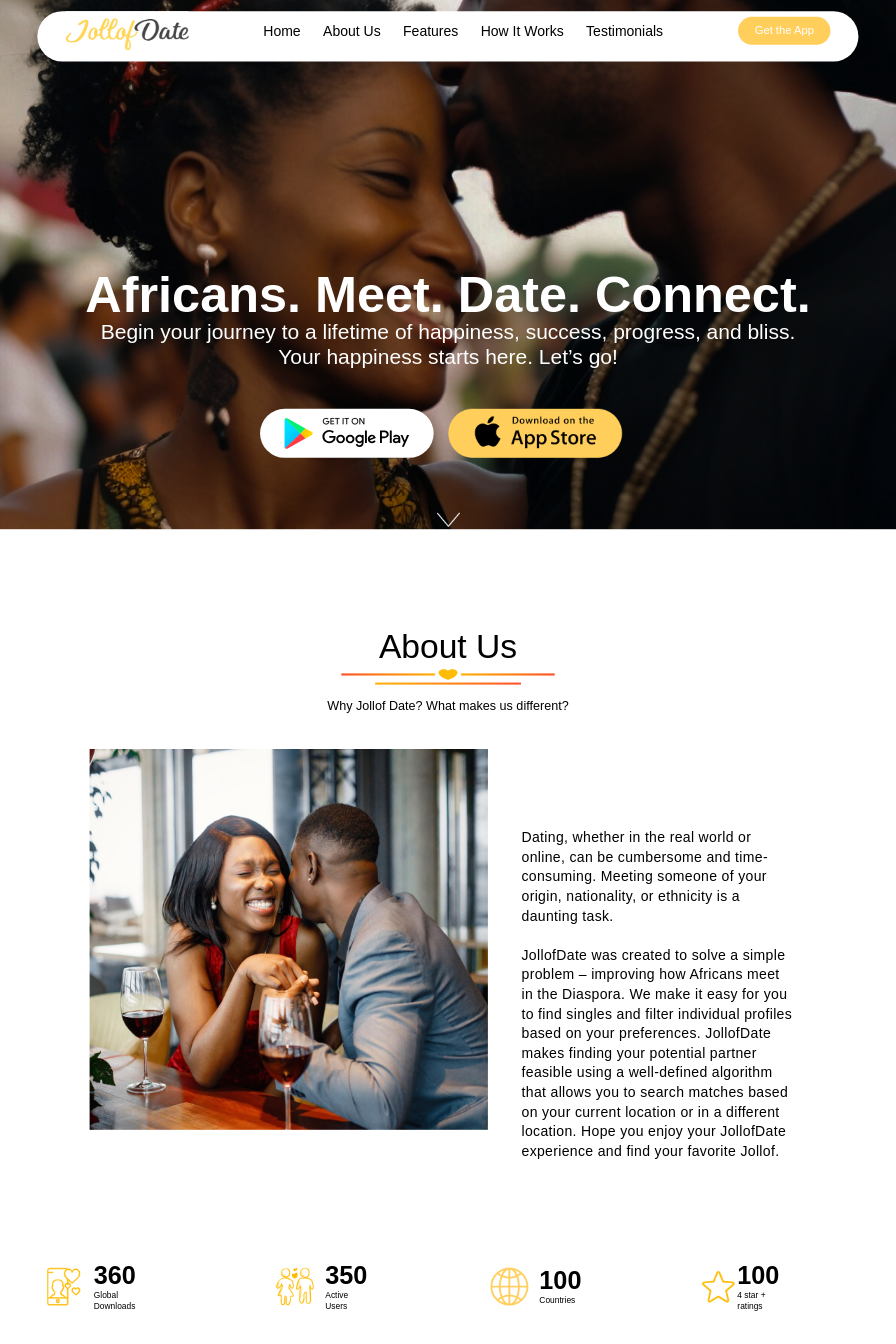
Repository: FarhanNasiru/jollofdate-frontend
Page: /
An editor plug-in stored every save of this project. The page is shown before and after the next save, followed by the edit.
The browser window is 1280 px wide. The pictures show the part of the page from y = 0 to 1920 px (the page is 7228 px tall before and 7276 px after), at 70% of full size.
Some web fonts or font styles are not loaded; a fallback is used. The project was rebuilt for these pictures with package versions that can differ from the ones it lists, and the page was loaded fresh each time. Also part of the build but not shown: vite.config.js, src/Pages/Footer2.jsx, src/components/Header2.jsx, src/Pages/privacy.jsx, src/Pages/Term.jsx.

Above is the page before, as saved 2024-08-20 17:47:17.

### index.html
<!doctype html>
<html lang="en">
  <head>
    <meta charset="UTF-8" />
    <link rel="icon" type="image/svg+xml" href="/vite.svg" />
    <meta name="viewport" content="width=device-width, initial-scale=1.0" />
    <title>Jellof Date</title>
  </head>
  <body>
    <div id="root"></div>
    <script type="module" src="/src/main.jsx"></script>
  </body>
</html>

### src/App.jsx
import { BrowserRouter as Router, Route, Routes } from "react-router-dom";
import Home from "./Pages/Home";
import Privacy from "./Pages/privacy";
import Terms from "./Pages/Term";
import "./index.css";
const App = () => {
  return (
    <Router>
      <main>
        <Routes>
          <Route path="/" element={<Home />} />
          <Route path="/privacy" element={<Privacy />} />
          <Route path="/terms" element={<Terms />} />
        </Routes>
      </main>
    </Router>
  );
};

export default App;

### src/index.css
@import url('https://fonts.cdnfonts.com/css/hvdtrial-brandon-grotesque');
@import url('https://fonts.googleapis.com/css2?family=Almendra:ital,wght@0,400;0,700;1,400;1,700&display=swap');
@import "slick-carousel/slick/slick.css";
@import "slick-carousel/slick/slick-theme.css";

@tailwind base;
@tailwind components;
@tailwind utilities;

### src/Pages/Home.jsx
import Faq from "../components/Faq";
import Testimonials from "../components/Testimonials";
import Community from "../components/Community";
import How from "../components/Howitworks";
import Features from "../components/Features";
import About from "../components/Aboutus";
import Download from "../components/Download";
import Footer from "../components/Footer";
import Header from "../components/Header";

function Home() {
  return (
    <main className=" bg-white justify-center font-HvDTrial max-w-screen-2xl m-auto">
      <Header />
      <section
        id="home"
        className=" justify-center bg-center bg-no-repeat items-center max-h-max w-full lg:pt-96 bg-[url('/Images/Home-bg.png')] "
      >
        <div>
          <h1 className="  text-wrap text-white text-7xl md:text-7xl  font-medium md:font-semibold text-center h-auto">
            Africans. Meet. Date. Connect.{" "}
          </h1>
          <p className=" text-2xl px-6 text-center text-white font-normal md:text-3xl">
            Begin your journey to a lifetime of happiness, success, progress,
            and bliss.
            <br /> Your happiness starts here. Let’s go!
          </p>
        </div>
        <div className=" flex justify-center pt-12 flex-wrap pb-16">
          <a
            href="#"
            className="bg-transparent text-black px-1 py-1 rounded flex items-center"
          >
            <img
              src="/Images/Googleplay-whitesvg.svg"
              alt="Google Play"
              className="w-full h-full img-center"
            />
          </a>
          <a
            href="#"
            className="bg-transparent text-black px-4 py-2 rounded flex items-center"
          >
            <img
              src="/Images/Applestore-white.png"
              alt="App Store"
              className="w-full h-full mr-2"
            />
          </a>
        </div>
        <div className=" justify-center ">
          <a href="#footer">
            <img
              src="/Images/Home-arrow.png"
              alt=""
              className=" sm:hidden md:flex lg:flex xl:flex justify-center m-auto md:mb-14"
            />
          </a>
        </div>
      </section>
      <About />
      <Features />
      <How />
      <Testimonials />
      <Community />
      <Faq />
      <Download />
      <Footer />
    </main>
  );
}

export default Home;

### src/components/Faq.jsx
import { useState } from "react";

function Faq() {
  const [openIndexes, setOpenIndexes] = useState([]);

  const toggleDropdown = (index) => {
    if (openIndexes.includes(index)) {
      setOpenIndexes(openIndexes.filter((i) => i !== index));
    } else {
      setOpenIndexes([...openIndexes, index]);
    }
  };

  const faqItems = [
    "How can I create my profile on the app?",
    "How can I create my profile on the app?",
    "How can I create my profile on the app?",
    "How can I create my profile on the app?",
    "How can I create my profile on the app?",
    "How can I create my profile on the app?",
  ];

  return (
    <section
      id="frequently-asked-questions"
      className="pb-14 sm:px-9 max-w-screen-2xl justify-center m-auto"
    >
      <div className="sm:pb-20 md:pb-12">
        <h2 className="text-5xl font-normal text-center pt-5">
          Frequently Asked Questions
        </h2>
        <div className="flex justify-center py-4">
          <img src="/Images/love-logo.png" alt="" className=" md:w-auto" />
        </div>
        <h3 className="text-center text-lg">
          You have questions? Check here for answers
        </h3>
      </div>
      <div className="text-left sm:text-wrap px-4">
        {faqItems.map((item, index) => (
          <div key={index} className=" mx-auto mt-3">
            <div
              className={`flex pt-7 pl-16 pr-12 pb-6 justify-between cursor-pointer ${
                openIndexes.includes(index)
                  ? "bg-customYellow1 font-bold text-black text-xl rounded-t-md"
                  : "bg-bright text-black text-lg border-solid border rounded-lg border-customYellow1"
              }`}
              onClick={() => toggleDropdown(index)}
            >
              <p className="text-xl font-medium">{item}</p>
              {openIndexes.includes(index) ? (
                <div className="h-6 w-6">
                  <img src="/Images/add.svg" alt="" />
                </div>
              ) : (
                <div className="h-6 w-6">
                  <img src="/Images/add2.svg" alt="" className="bg-white" />
                </div>
              )}
            </div>
            {openIndexes.includes(index) && (
              <div className="p-4 bg-customYellow1 rounded-b-md shadow pt-7 pl-16 pr-12 pb-8">
                <p className=" xl:w-custom3text-xl md:text-wrap sm:text-balance">
                  Begin your journey to a lifetime of happiness, success,
                  progress and bliss. Begin your journey to a lifetime of
                  happiness, success, progress and bliss. Begin your journey to
                  a lifetime of happiness, success, progress and bliss. Begin
                  your journey to a lifetime of happiness, success, progress and
                  bliss. Begin your journey to a lifetime of happiness, success,
                  progress and bliss. Begin your journey to a lifetime of
                  happiness, success, progress and bliss. Begin your journey to
                  a lifetime of happiness, success, progress and bliss.
                </p>
              </div>
            )}
          </div>
        ))}
      </div>
    </section>
  );
}

export default Faq;

### src/components/Testimonials.jsx
import { Carousel } from "antd";

function Testimonials() {
  const contentStyle = {
    height: "auto",
    color: "#fff",
    lineHeight: "40px",
    textAlign: "center",
    background: "transparent",
  };

  const testimonials = [
    {
      quote:
        "“Other dating apps were like shooting fish in a barrel. But my girlfriend and I clicked right away on Jollofdate, and the conversation was effortless. We’ve been together for over a year.”",
      name: "Caitlyn King",
    },
    {
      quote:
        "“Other dating apps were like shooting fish in a barrel. But my girlfriend and I clicked right away on Jollofdate, and the conversation was effortless. We’ve been together for over a year.”",
      name: "Crystabel lyn",
    },
    {
      quote:
        "“Other dating apps were like shooting fish in a barrel. But my girlfriend and I clicked right away on Jollofdate, and the conversation was effortless. We’ve been together for over a year.”",
      name: "David Johnson",
    },
    {
      quote:
        "“Other dating apps were like shooting fish in a barrel. But my girlfriend and I clicked right away on Jollofdate, and the conversation was effortless. We’ve been together for over a year.”",
      name: "King Micheal",
    },
  ];

  return (
    <section id="testimonials" className="p-8 pt-24 ">
      <div>
        <h2 className="text-5xl font-normal text-center p-2">Testimonials</h2>
        <div className="flex justify-center pb-5 md:pb-6">
          <img src="/Images/love-logo.png" alt="Love Logo" />
        </div>
        <h3 className="text-center text-lg">
          Read what our existing users have to say
        </h3>
      </div>
      <div className="text-center pt-9 pb-16 text-black max-w-7xl justify-center m-auto">
        <Carousel autoplay>
          {testimonials.map((testimonial, index) => (
            <div key={index}>
              <div style={contentStyle}>
                <h1 className="text-black text-center m-auto font-normal text-2xl text-wrap">
                  {testimonial.quote}
                </h1>
                <div className="flex justify-center py-3">
                  {[...Array(5)].map((_, i) => (
                    <img
                      key={i}
                      src="/Images/Star.svg"
                      alt="Star"
                      className="mx-1"
                    />
                  ))}
                </div>
                <p className="text-center text-black text-lg pb-8">
                  {testimonial.name}
                </p>
              </div>
            </div>
          ))}
        </Carousel>
      </div>
    </section>
  );
}

export default Testimonials;

### src/components/Community.jsx
function Community() {
  return (
    <div>
      <section
        id="Community"
        className="bg-custom-radial flex flex-col items-center justify-center mb-28 px-6 pt-16 max-w-screen-2xl m-auto"
      >
        <div className="space-y-8 text-center text-black">
          <div>
            <h1 className="text-3xl sm:text-4xl md:text-5xl font-bold">
              Join the
            </h1>
            <h2 className="text-3xl sm:text-4xl md:text-5xl font-bold">
              Jollof Date Community
            </h2>
          </div>
          <div className="w-full sm:w-4/5 md:w-3/5 lg:w-custom9 mx-auto">
            <h3 className="text-sm sm:text-base font-normal">
              Download the app from your store and begin your journey to a
              lifetime of happiness, success, progress, and bliss.
            </h3>
          </div>
          <div className="flex flex-col md:flex-row justify-center items-center m-auto gap-3">
            <a href="" className="w-32 md:w-40">
              <img
                src="/Images/Applestore-dark.png"
                alt="Download on the App Store"
                className="m-auto"
              />
            </a>
            <a href="" className="w-32 md:w-40">
              <img
                src="/Images/Googleplay-Dark.png"
                alt="Get it on Google Play"
                className="m-auto"
              />
            </a>
          </div>
        </div>
        <div className="flex justify-center mt-8">
          <img
            src="/Images/threephones.png"
            alt="Three phones showing the app"
            className="w-full sm:w-4/5 md:w-3/5 lg:w-auto"
          />
        </div>
      </section>
    </div>
  );
}

export default Community;

### src/components/Howitworks.jsx
function Howitworks() {
  return (
    <div>
      <section
        id="how-it-works"
        className="pt-16 md:pt-72 pb-10 max-w-screen-2xl justify-center m-auto"
      >
        <h2 className="text-5xl font-normal text-center mt-24 md:mt-44 p-2">
          How it works
        </h2>
        <div className="flex justify-center pb-4 md:pb-2">
          <img src="/Images/love-logo.png" alt="" className=" md:w-auto" />
        </div>
        <h3 className="text-center text-lg pb-4 md:pb-6">
          A step-by-step guide on how to get started on Jollof Date
        </h3>
        <div className="flex flex-col xl:flex-row p-4 md:p-8 space-y-8 md:space-y-0">
          <div id="picture" className="flex justify-center   space-x-3 ">
            <img
              src="/Images/f-and-j-frame.png"
              alt=""
              className="w-full md:w-auto"
            />
          </div>
          <div className="icon space-y-8 md:space-y-11 md:ml-11">
            <div className="flex gap-4 md:gap-6">
              <img
                src="/Images/sign up.png"
                alt=""
                className="w-12 h-12 md:w-16 md:h-16"
              />
              <div>
                <h1 className="font-bold text-xl md:text-2xl">Sign Up</h1>
                <h2 className="font-normal text-sm md:text-xl">
                  Begin your journey to a lifetime of happiness, success,
                  progress, and bliss.
                </h2>
              </div>
            </div>
            <div className="flex gap-4 md:gap-6">
              <img
                src="/Images/create.png"
                alt=""
                className="w-12 h-12 md:w-16 md:h-16"
              />
              <div>
                <h1 className="font-bold text-xl md:text-2xl">
                  Create Profile and Add Preferences
                </h1>
                <h2 className="font-normal text-sm md:text-xl">
                  Share your interests, hobbies, and a bit about yourself to
                  help us find your perfect match.
                </h2>
              </div>
            </div>
            <div className="flex gap-4 md:gap-6">
              <img
                src="/Images/browse.png"
                alt=""
                className="w-12 h-12 md:w-16 md:h-16"
              />
              <div>
                <h1 className="font-bold text-xl md:text-2xl">
                  Browse and Match
                </h1>
                <h2 className="font-normal text-sm md:text-xl">
                  Use our advanced filters to find people who share your
                  interests and values. Start connecting today.
                </h2>
              </div>
            </div>
            <div className="flex gap-4 md:gap-6">
              <img
                src="/Images/chat.png"
                alt=""
                className="w-12 h-12 md:w-16 md:h-16"
              />
              <div>
                <h1 className="font-bold text-xl md:text-2xl">Chat and Call</h1>
                <h2 className="font-normal text-sm md:text-xl">
                  Get to know your matches better and build connections in a
                  safe and private environment.
                </h2>
              </div>
            </div>
          </div>
        </div>
      </section>
    </div>
  );
}

export default Howitworks;

### src/components/Features.jsx
function Features() {
  return (
    <div>
      <section
        id="features"
        className=" md:p-8 pt-16 md:pt-24 mb-20 md:mb-40 bg-featuresY h-full w-full md:h-custom16 max-w-screen-2xl justify-center m-auto"
      >
        <div className="">
          <div className="flex flex-col md:flex-row justify-between m-auto px-4 md:px-8 space-y-4 md:space-y-0">
            <h3 className="text-3xl md:text-5xl font-bold w-full md:w-96 h-auto md:h-36 text-white">
              Key features of Jollof Date
            </h3>
            <h2 className="text-xl w-full md:w-custom4 font-normal text-white">
              Discover what sets Jollofdate apart with advanced matching
              algorithms, robust privacy controls, and user-friendly features
              designed to create meaningful connections and enhance your online
              dating experience.
            </h2>
          </div>
          <div className="flex flex-col md:flex-row h-full space-y-4 md:space-y-0 md:space-x-9 pl-0 md:pl-8 pr-0 md:pr-8 mt-8 w-full">
            <div className="bg-white text-center border rounded-3xl">
              <img
                src="/Images/phone1.png"
                alt=""
                className="w-full md:w-auto"
              />
            </div>
            <div className="bg-white text-center border rounded-3xl">
              <a href="">
                <img src="/Images/Phone2.png" alt="" className="w-full" />
              </a>
            </div>
            <div className="bg-white text-center border rounded-3xl">
              <a href="">
                <img src="/Images/Phone3.png" alt="" className="w-full" />
              </a>
            </div>
          </div>
        </div>
      </section>
    </div>
  );
}

export default Features;

### src/components/Aboutus.jsx
function Aboutus() {
  return (
    <div>
      <section
        id="about-us"
        className="pt-16 md:pt-20 max-w-screen-2xl m-auto justify-center"
      >
        <div className="px-4 md:px-24">
          <h2 className="text-5xl font-normal text-center p-2">About Us</h2>
          <div className="flex justify-center pb-4">
            <img src="/Images/love-logo.png" alt="" className="md:14" />
          </div>
          <h3 className="text-center text-lg font-normal pb-8 md:pb-12">
            Why Jollof Date? What makes us different?
          </h3>
          <div className="flex flex-col xl:flex-row gap-4 lg:gap-8 px-2 lg:px-8 pb-16 lg:pb-32 justify-center">
            <img
              src="/Images/Lovers.png"
              alt=""
              className="max-w-xl max-h-3px"
            />
            <div className="tracking-wide bg-white p-4 md:pt-28 font-normal text-base md:text-xl">
              <p>
                Dating, whether in the real world or online, can be cumbersome
                and time-consuming. Meeting someone of your origin, nationality,
                or ethnicity is a daunting task.
              </p>
              <br />
              <p>
                JollofDate was created to solve a simple problem – improving how
                Africans meet in the Diaspora. We make it easy for you to find
                singles and filter individual profiles based on your
                preferences. JollofDate makes finding your potential partner
                feasible using a well-defined algorithm that allows you to
                search matches based on your current location or in a different
                location. Hope you enjoy your JollofDate experience and find
                your favorite Jollof.
              </p>
            </div>
          </div>
        </div>
        <div className="flex flex-col md:flex-row justify-center items-center space-y-12 md:space-y-0 md:space-x-20 lg:space-x-48 px-16 pb-14 w-11/12">
          <div className="flex items-center">
            <img src="/Images/person.png" alt="Person Icon" className="mr-4" />
            <div className="text-center md:text-left">
              <h1 className="font-bold text-4xl">360</h1>
              <h2 className="text-xs font-medium">Global Downloads</h2>
            </div>
          </div>

          <div className="flex items-center">
            <img src="/Images/people.png" alt="People Icon" className="mr-4" />
            <div className="text-center md:text-left">
              <h1 className="font-bold text-4xl">350</h1>
              <h2 className="text-xs font-medium">Active Users</h2>
            </div>
          </div>

          <div className="flex items-center">
            <img src="/Images/world-o.png" alt="World Icon" className="mr-4" />
            <div className="text-center md:text-left">
              <h1 className="font-bold text-4xl">100</h1>
              <h2 className="text-xs font-medium">Countries</h2>
            </div>
          </div>

          <div className="flex items-center">
            <img src="/Images/Star2.png" alt="Star Icon" className="" />
            <div className="text-center md:text-left">
              <h1 className="font-bold text-4xl">100</h1>
              <h2 className="text-xs font-medium">4 star + ratings</h2>
            </div>
          </div>
        </div>
      </section>
    </div>
  );
}

export default Aboutus;

### src/components/Download.jsx
function Download() {
  return (
    <section
      id="last"
      className=" mt-20 w-full justify-center bg-customYellow1 md:w-3/4 xl:w-4/5 md:h-full pb-9 m-auto pt-9 p-11 border-0 rounded-2xl -mb-[100px] relative max-w-7xl"
    >
      <div className="">
        <div>
          <h1 className="text-center font-normal text-xl pb-3 pl-3 pr-3">
            Your one stop spot for the right relationship
          </h1>
        </div>
        <h3 className="text-center font-bold text-4xl pb-3 lg:">
          Download Jollofdate Now
        </h3>
        <h2 className=" flex text-center justify-center m-auto font-normal xl:w-80 pb-8">
          Begin your journey to a lifetime of happiness, success, progress and
          bliss.
        </h2>
        <div className="text-center md:flex flex-wrap justify-center gap-4 m-auto space-y-7 md:space-y-0 ">
          <img
            src="/Images/Applestore-dark.png"
            alt=""
            className="m-auto md:m-0"
          />
          <img
            src="/Images/Googleplay-Dark.png"
            alt=""
            className="m-auto md:m-0"
          />
        </div>
      </div>
    </section>
  );
}

export default Download;

Loaded but not shown: src/main.jsx (common file); tailwind.config.js (58 lines, source omitted); src/components/Header.jsx (148 lines, source omitted); src/components/Footer.jsx (109 lines, source omitted)

After the next save:
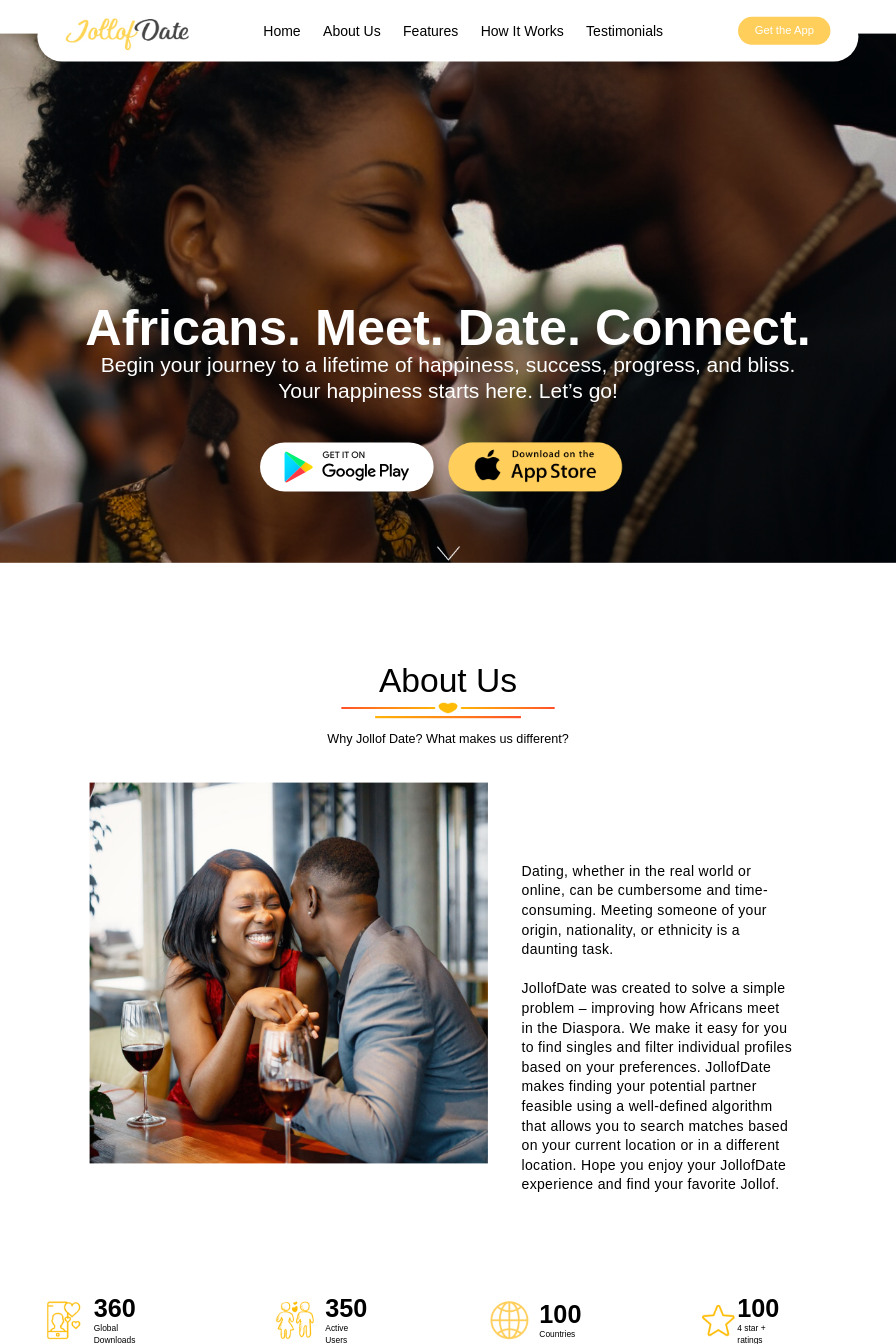
Saved 26 s later.
--- a/src/Pages/Home.jsx
+++ b/src/Pages/Home.jsx
@@ -14,7 +14,7 @@
       <Header />
       <section
         id="home"
-        className=" justify-center bg-center bg-no-repeat items-center max-h-max w-full lg:pt-96 bg-[url('/Images/Home-bg.png')] "
+        className=" mt-12 justify-center bg-center bg-no-repeat items-center max-h-max w-full lg:pt-96 bg-[url('/Images/Home-bg.png')] "
       >
         <div>
           <h1 className="  text-wrap text-white text-7xl md:text-7xl  font-medium md:font-semibold text-center h-auto">
